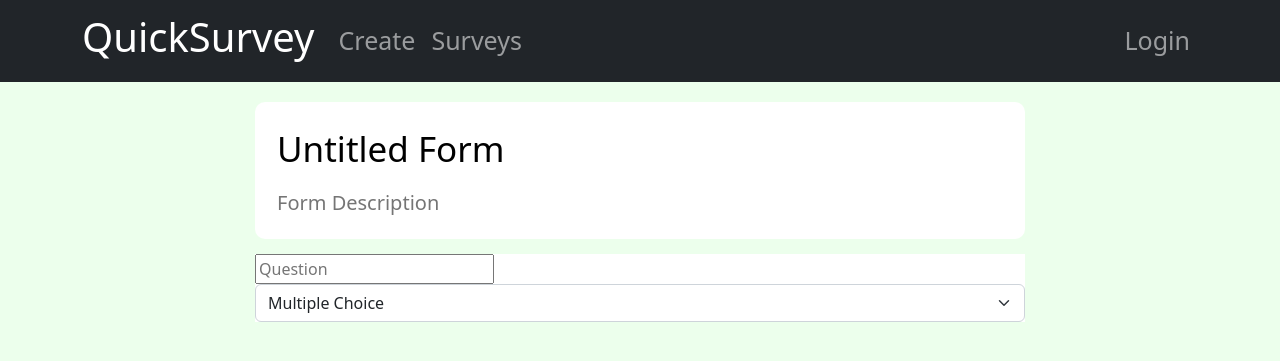
Repository: cakuang1/QuickSurveyReact
Page: /create (app in frontend/)
The author's editor kept a copy of each file at every save. The page is drawn from the files as they stood at one save, then again after a run of saves.
The browser window is 1280 px wide. The pictures show the whole page.
The project was rebuilt for these pictures with package versions that can differ from the ones it lists, and the page was loaded fresh each time. Also part of the build but not shown: frontend/src/index.css, frontend/src/pages/home/home.js, frontend/src/pages/pastsurveys/pastsurveys.js, frontend/src/pages/login/login.js, frontend/src/pages/register/register.js.

Above is the page before, as saved 2022-07-29 03:53:18.

### frontend/src/App.js

import Navigation from './components/Nav/Nav';
import {BrowserRouter,Route,Routes} from "react-router-dom";
import Home from "./pages/home/home"
import Create from "./pages/create/create"
import CreatedSurveys from "./pages/pastsurveys/pastsurveys"
import LogRegi from "./pages/login/login"
import Register from "./pages/register/register"




function App() {
  return (
  <BrowserRouter>
    <Navigation/>
    <Routes>
      <Route path='/' element = {<Home/>}></Route>
      <Route path = 'create' element = {<Create/>}></Route>
      <Route path = 'created' element = {<CreatedSurveys/>}></Route>
      <Route path = 'login' element = {<LogRegi/>}></Route>
      <Route path = 'register' element = {<Register/>}></Route>
    </Routes>

  </BrowserRouter>

  );
}

export default App;

### frontend/src/components/Nav/Nav.js
import React,{useState} from "react";
import Nav from 'react-bootstrap/Nav';
import Navbar from 'react-bootstrap/Navbar';

import Container from 'react-bootstrap/Container';
import 'bootstrap/dist/css/bootstrap.min.css';
import {Link} from 'react-router-dom'
import "./nav.css"



export default function Navigation() {
  return (
    <Navbar collapseOnSelect expand="lg" bg="dark" variant="dark">
      <Container>
        <Navbar.Brand as={Link} to="/home">
          <h1>QuickSurvey</h1>
        </Navbar.Brand>
        <Navbar.Toggle aria-controls="responsive-navbar-nav" />
        <Navbar.Collapse id="responsive-navbar-nav">
          <Nav className="me-auto">
            <Nav.Link as={Link} to="/create">Create</Nav.Link>
            <Nav.Link as={Link} to="/created">Surveys</Nav.Link>

          </Nav>
          <Nav>
            <Nav.Link as={Link} to="/login">Login</Nav.Link>
          </Nav>
        </Navbar.Collapse>
      </Container>
    </Navbar>
  );
}

### frontend/src/pages/create/create.js
import React, { useState } from 'react'
import Form from 'react-bootstrap/Form';
import "./create.css"

function SelectBasicExample() {
  return (
    <Form.Select aria-label="Default select example">
      <option value="1">Multiple Choice</option>

    </Form.Select>
  );
}
function Question() {
  return (
  <div className='questioncontainer'>

    <input placeholder='Question'/>
    <SelectBasicExample/>



  </div>
  )



}


export default function Create(){
  const [questions,setQuestions] = useState(1)
  return (
    <div className='outsidecontainer'>
      <div className='titlecontainer'>
        <input className='formtitle' value = "Untitled Form" />
        <input className='formdescription' placeholder='Form Description'/>
      </div>
      <Question/>
    </div>
  )
}

### frontend/src/components/Nav/nav.css
.nav-link {
    font-size: 25px;

}

### frontend/src/pages/create/create.css
.titlecontainer {
    background-color: white;
    display: flex;
    flex-direction: column;
    padding: 20px;
    border-radius: 10px;


}

.outsidecontainer {
    width: 770px;
    margin: auto;
    margin-top: 20px;

}

.questioncontainer {
    background-color: white;
    margin-top: 15px;

}

.formtitle {
    font-size: 35px;
    border: none;

}

.formdescription {

    margin-top: 10px;
    border: none;
    font-size: 20px;
}

### frontend/src/pages/login/login.css
.box {
width: 40vw;
min-width: 700px;
min-height: 480px;
border-radius: 10px;
background-color: #fff;
box-shadow: #6a839c33 0 8px 24px;
margin: 50px 10px;
display: flex;
flex-direction: column;
align-items: center;
}

.box2 {

    width: 40vw;
    min-width: 700px;
    min-height: 480px;
    border-radius: 10px;
    background-color: #fff;
    box-shadow: #6a839c33 0 8px 24px;
    margin: 50px 10px;
    display: flex;
    flex-direction: column;
    align-items: center;
    padding-bottom: 100px;



}

.description {
    margin-top: 20px;
    font-size: larger;

}
body {

    background-color: #ecffec;
}

.test {
    display: flex;
    width: 100vw;
    height: 100vh;
    flex-direction: column;
    align-items: center;
    justify-content: center;
    transition: background-color .2s;
}

.loginform {
    display: flex;
    flex-direction: column;
    width: 80%;
    margin-top: 50px;
    margin-bottom: 15px;
}

.loginform input {
    margin-bottom: 40px;
    padding: 18px 18px 18px 40px;
    font-family: GilroyRegular;
    border: 1px solid #c2f3c2;
    border-radius: 8px;
    color: var(--blue);
}

.loginform button {
    outline: none;
    border: none;
    padding: 17px;
    border-radius: 8px;
    font-family: GilroyRegular;

    background-color: #c2f3c2;
    transition: .2s;
    font-size: 20px;


}


.messages {

    width: 80%;
    height: 50px;
    margin: auto;
    text-align: center;
    font-size: 17px;
    font-weight: bold;
    vertical-align: middle;
    line-height: 50px;
}
.messagecontainer {
    width: 100%;
    height: 100px;
}

Loaded but not shown: frontend/public/index.html (common file); frontend/src/index.js (common file)

After the next 8 saves:
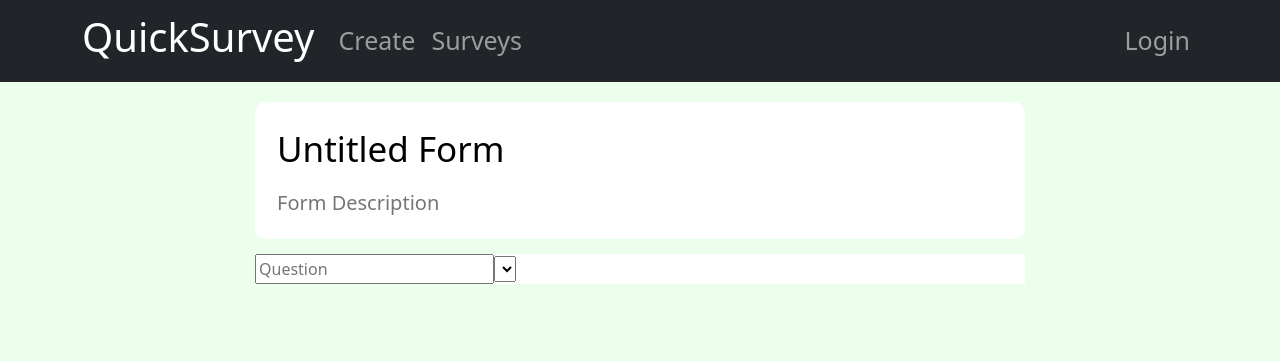
The 8 saves are shown as one change because 4 did not build or start and some came seconds apart.
The last was saved 93 s later.
--- a/frontend/src/pages/create/create.js
+++ b/frontend/src/pages/create/create.js
@@ -2,20 +2,17 @@ import React, { useState } from 'react'
 import Form from 'react-bootstrap/Form';
 import "./create.css"
 
-function SelectBasicExample() {
-  return (
-    <Form.Select aria-label="Default select example">
-      <option value="1">Multiple Choice</option>
 
-    </Form.Select>
-  );
-}
 function Question() {
   return (
   <div className='questioncontainer'>
 
     <input placeholder='Question'/>
-    <SelectBasicExample/>
+    <select>
+
+
+
+    </select>
 
 
 
